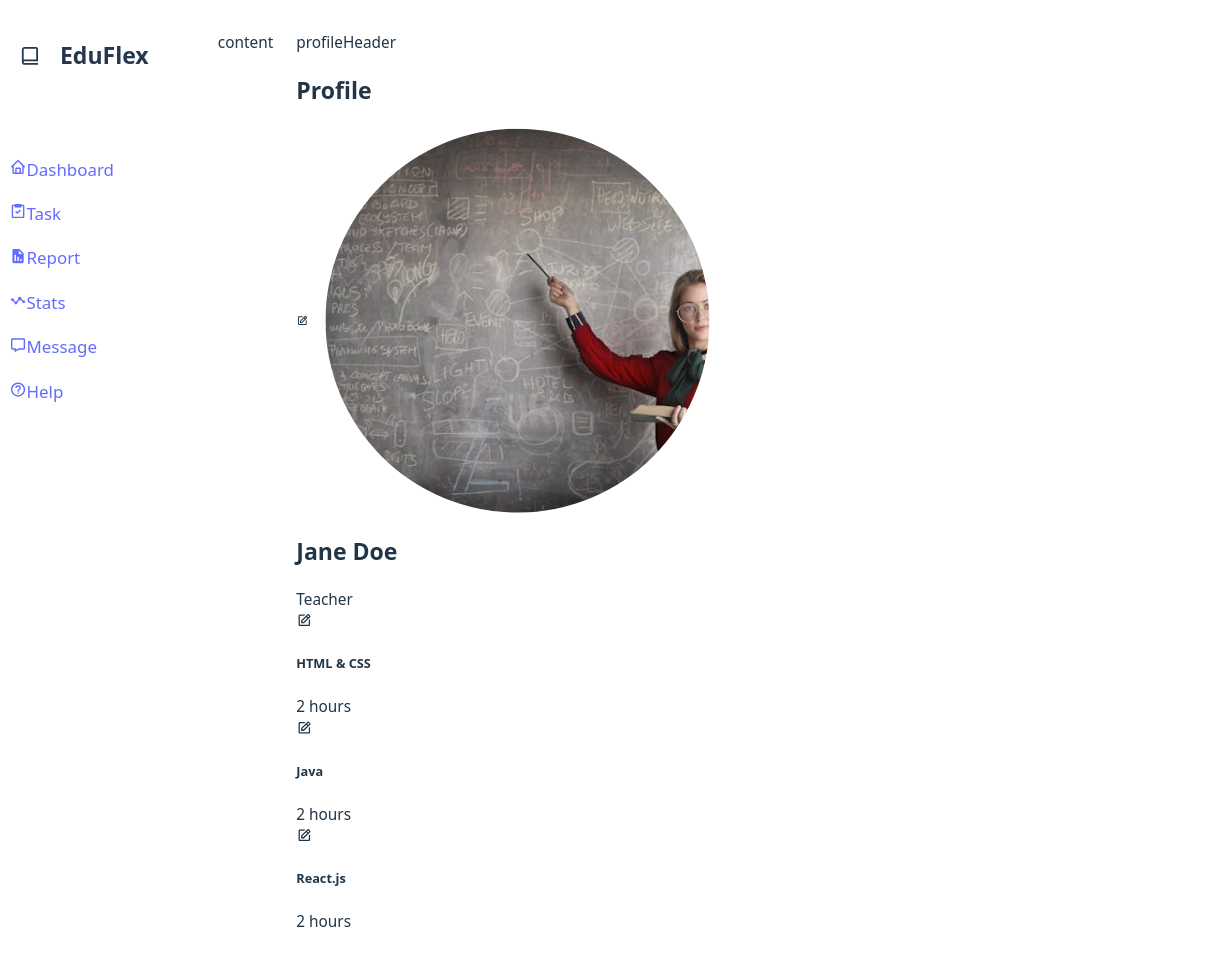
Repository: gogg23/react-dash
Page: /
These files come from the project's save history. The page is drawn as it stood at one moment and after the next save; the edit follows.
The browser window is 1280 px wide. The pictures show the whole page, at 96% of full size.
The project was rebuilt for these pictures with package versions that can differ from the ones it lists, and the page was loaded fresh each time. Also part of the build but not shown: vite.config.js.

Above is the page before, as saved 2025-04-09 17:59:16.

### index.html
<!DOCTYPE html>
<html lang="en">
  <head>
    <meta charset="UTF-8" />
    <link rel="icon" type="image/svg+xml" href="/vite.svg" />
    <meta name="viewport" content="width=device-width, initial-scale=1.0" />
    <title>React Dashboard</title>
  </head>
  <body>
    <div id="root"></div>
    <script type="module" src="/src/main.jsx"></script>
  </body>
</html>

### src/App.jsx
import React from 'react';
import Sidebar from './components/Sidebar';
import Content from './components/Content';
import Profile from './components/Profile';
import './App.css';

const App = () => {
  return (
    <div className='dashboard'>
      <Sidebar />
      <div className='dashboard--content'>
        <>
          <Content />
          <Profile />
        </>
      </div>
    </div>
  );
};

export default App;

### src/components/Sidebar.jsx
import React from 'react';
import {
  BiHome,
  BiBookAlt,
  BiTask,
  BiMessage,
  BiSolidReport,
  BiStats,
  BiHelpCircle,
  BiTaskX,
} from 'react-icons/bi';
import '../styles/Sidebar.css';
const Sidebar = () => {
  return (
    <div className='menu'>
      <div className='logo'>
        <BiBookAlt className='logo-icon' />
        <h2>EduFlex</h2>
      </div>

      <div className='menu--list'>
        <a href='' className='item'>
          <BiHome />
          Dashboard
        </a>
        <a href='' className='item'>
          <BiTask />
          Task
        </a>
        <a href='' className='item'>
          <BiSolidReport />
          Report
        </a>
        <a href='' className='item'>
          <BiStats />
          Stats
        </a>
        <a href='' className='item'>
          <BiMessage />
          Message
        </a>
        <a href='' className='item'>
          <BiHelpCircle />
          Help
        </a>
      </div>
    </div>
  );
};

export default Sidebar;

### src/components/Content.jsx
import React from 'react';

function content() {
  return <div>content</div>;
}

export default content;

### src/components/Profile.jsx
import React from 'react';
import { BiEdit } from 'react-icons/bi';
import ProfileHeader from './ProfileHeader';
import '../styles/profileHeader.css';
import Image1 from '../assets/images/Image1.jpg';

const courses = [
  {
    title: 'HTML & CSS',
    duration: '2 hours',
    icon: <BiEdit />,
  },
  {
    title: 'Java',
    duration: '2 hours',
    icon: <BiEdit />,
  },
  {
    title: 'React.js',
    duration: '2 hours',
    icon: <BiEdit />,
  },
];

const Profile = () => {
  return (
    <div className='profile'>
      <ProfileHeader />

      {/* "Profile" heading on top */}
      <h2 className='profile--header'>Profile</h2>

      <div className='user--detail'>
        {/* Icon on the left of profile picture */}
        <div style={{ display: 'flex', alignItems: 'center', gap: '1rem' }}>
          <BiEdit size={12} />
          <img
            src={Image1}
            alt='Profile'
            style={{
              width: '400px',
              height: '400px',
              borderRadius: '50%',
              border: '2px solid #fff',
              objectFit: 'cover',
            }}
          />
        </div>

        <h2 className='user--name'>Jane Doe</h2>
        <span className='profession'>Teacher</span>
      </div>

      <div className='user-courses'>
        {courses.map((course, index) => (
          <div className='course' key={index}>
            <div className='course-details'>
              <div className='course-cover'>{course.icon}</div>
              <div className='course-name'>
                <h5 className='title'>{course.title}</h5>
                <span className='duration'>{course.duration}</span>
              </div>
            </div>
            <div className='action'></div>
          </div>
        ))}
      </div>
    </div>
  );
};

export default Profile;

### src/App.css
.dashboard {
  display: flex;
  gap: 20px;
}

.dashboard--content {
  background: #fff;
  flex: 1;
  border-radius: 20px;
  padding: 2rem;
  display: flex;
  gap: 1.5rem;
  justify-content: space-between;
}

### src/styles/sidebar.css
.sidebar {
  background-color: #dde6ed; /* Adjust to match your desired grey */
  width: 250px; /* Ensure proper width */
  height: 100vh; /* Full height */
  padding: 20px;
}

/* Menu container */
.menu {
  display: flex;
  flex-direction: column;
  gap: 2.3rem;
  height: 94vh;
}

/* Logo styles */
.logo {
  text-align: center;
  padding: 20px;
  color: #27374d;
  align-items: center;
  display: flex;
  gap: 20px;
}

.logo-icon {
  font-size: 1.4rem;
}

/* Menu items */
.menu--list {
  display: flex;
  flex-direction: column;
  gap: 20px;
  font-size: 1.1rem;
  text-decoration: none;
  font-weight: 600;
  padding: 10px;
  border-radius: 10px;
  transition: 0.3s ease-in-out;
  color: #27374d;
}

/* Menu item hover effect */
.menu--list .item:hover,
.active {
  background-color: #27374d;
  color: #dde6ed !important;
}

### src/components/ProfileHeader.jsx
import React from 'react';

const profileHeader = () => {
  return <div>profileHeader</div>;
};

export default profileHeader;

Loaded but not shown: src/main.jsx (common file); src/index.css (common file); src/styles/profileHeader.css (no stored copy; drawn as an empty file)

After the next save:
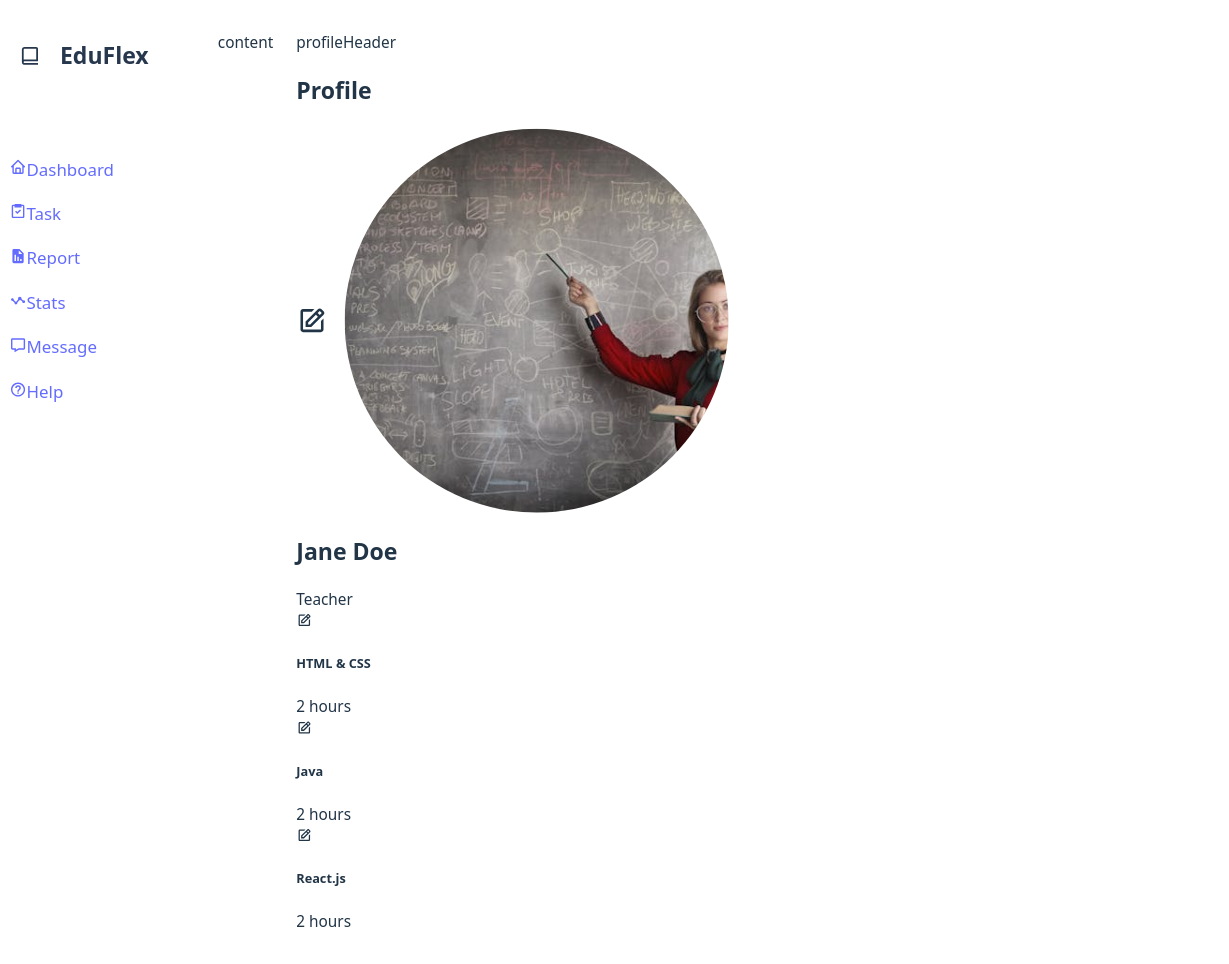
Saved 20 s later.
--- a/src/components/Profile.jsx
+++ b/src/components/Profile.jsx
@@ -33,7 +33,7 @@ const Profile = () => {
       <div className='user--detail'>
         {/* Icon on the left of profile picture */}
         <div style={{ display: 'flex', alignItems: 'center', gap: '1rem' }}>
-          <BiEdit size={12} />
+          <BiEdit size={32} />
           <img
             src={Image1}
             alt='Profile'
